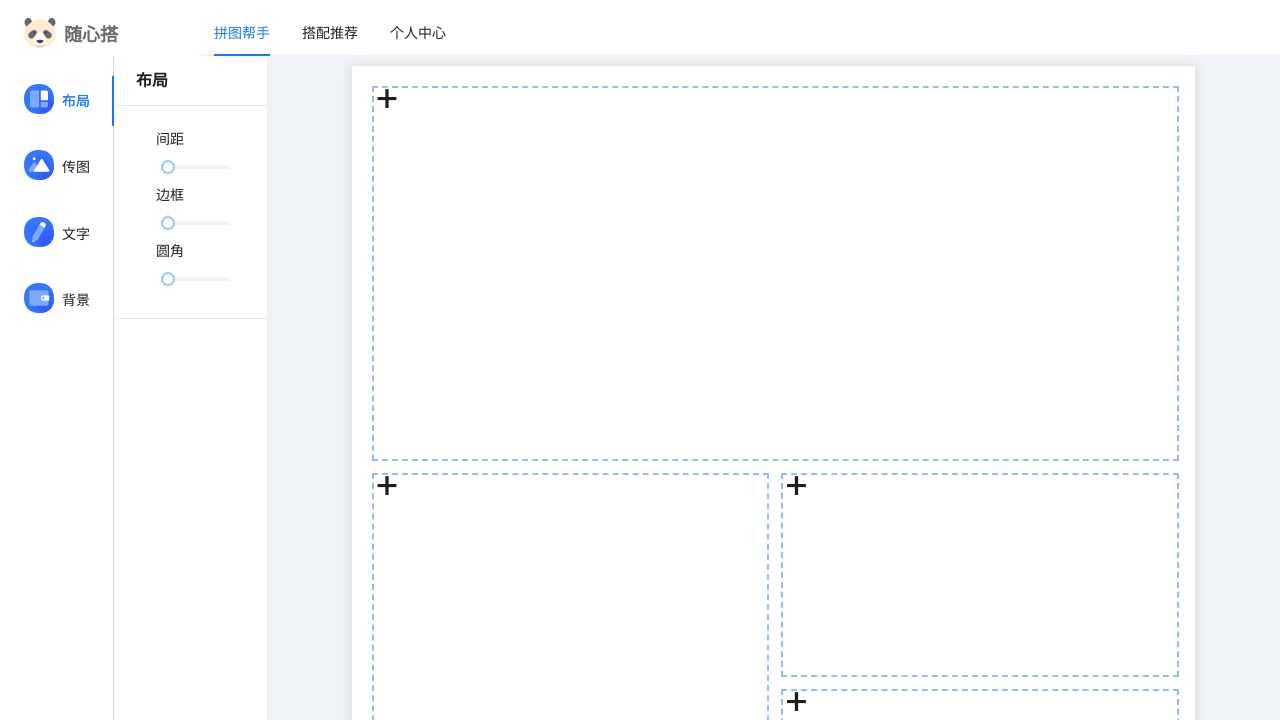
Repository: zzq1101921989/low-code
Page: /
These files come from the project's save history. The page is drawn as it stood at one moment and after the next save; the edit follows.
The browser window is 1280 px wide. The pictures show the whole page.
The project was rebuilt for these pictures with package versions that can differ from the ones it lists, and the page was loaded fresh each time. Also part of the build but not shown: vite.config.ts, src/pages/admin/index.tsx, src/components/icon/ClothesIcon.tsx, src/components/icon/HairIcon.tsx, src/components/icon/PantsIcon.tsx, src/components/icon/ShoeIcon.tsx, src/pages/recommend/index.tsx.

Above is the page before, as saved 2023-05-08 22:09:13.

After the next save:
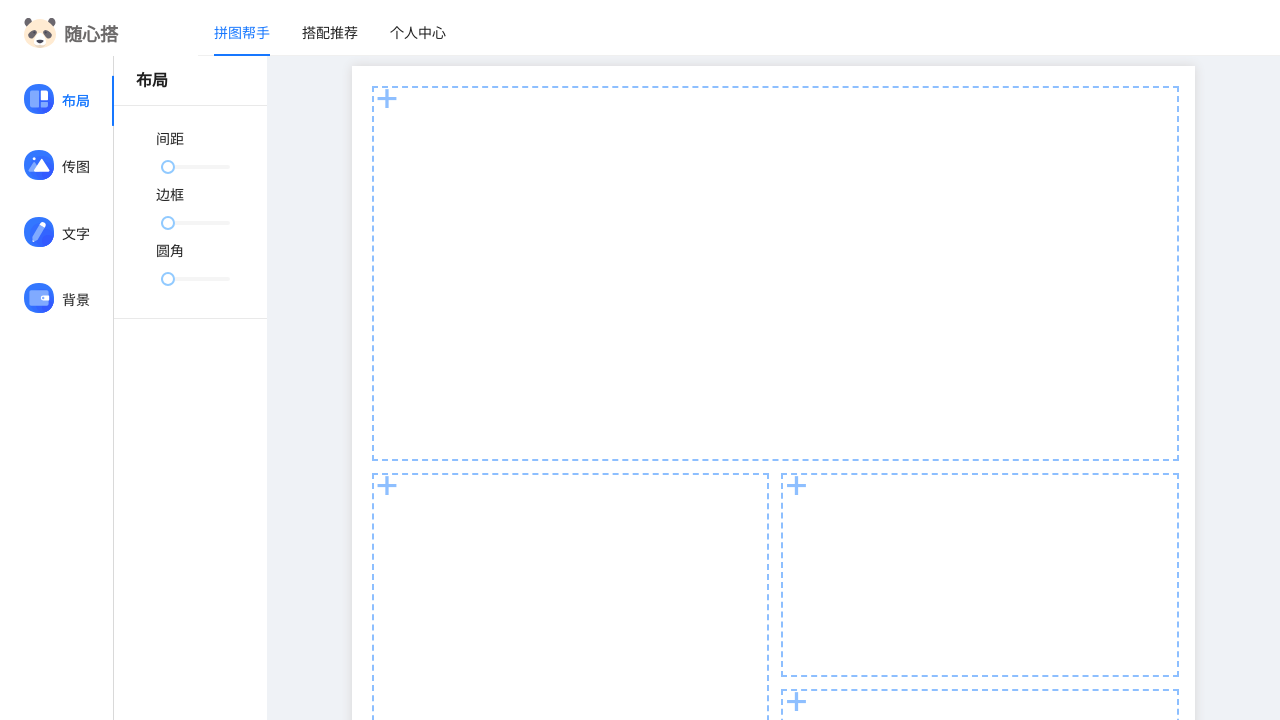
Saved 20 s later.
--- a/src/pages/home/components/ItemBox/index.module.less
+++ b/src/pages/home/components/ItemBox/index.module.less
@@ -2,7 +2,7 @@
     position: relative;
     width: 100%;
     height: 100%;
-    border: 2px dashed rgba(30, 128, 255, 0.5);
+    border: 2px dashed #1e80ff80;
     .close {
         width: 16px;
         height: 16px;
@@ -17,6 +17,7 @@
         line-height: 16px;
         margin: 0 auto;
         font-size: 40px;
+        color: #1e80ff80;
     }
     &:hover {
         border: 2px solid #2354f4;
